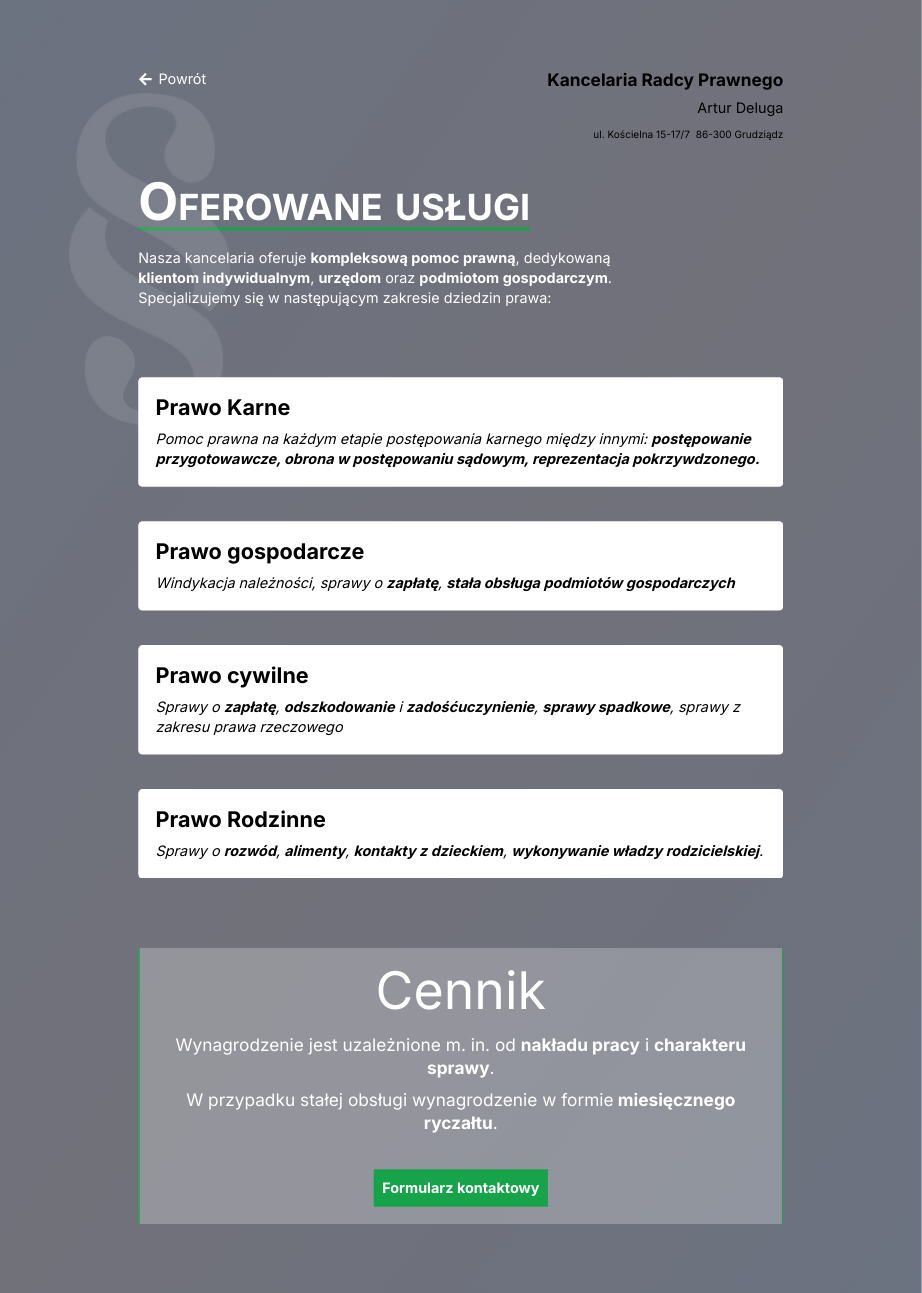
Repository: wesiudev/kancelaria-artur-deluga
Page: /oferta
The author's editor kept a copy of each file at every save. The page is drawn from the files as they stood at one save, then again after the next save.
The browser window is 1280 px wide. The pictures show the whole page, at 72% of full size.
The project was rebuilt for these pictures with package versions that can differ from the ones it lists, and the page was loaded fresh each time. The framework's server and built-in components were replaced by stand-ins that run in the browser. Also part of the build but not shown: next.config.js.

Above is the page before, as saved 2023-08-09 16:52:47.

After the next save:
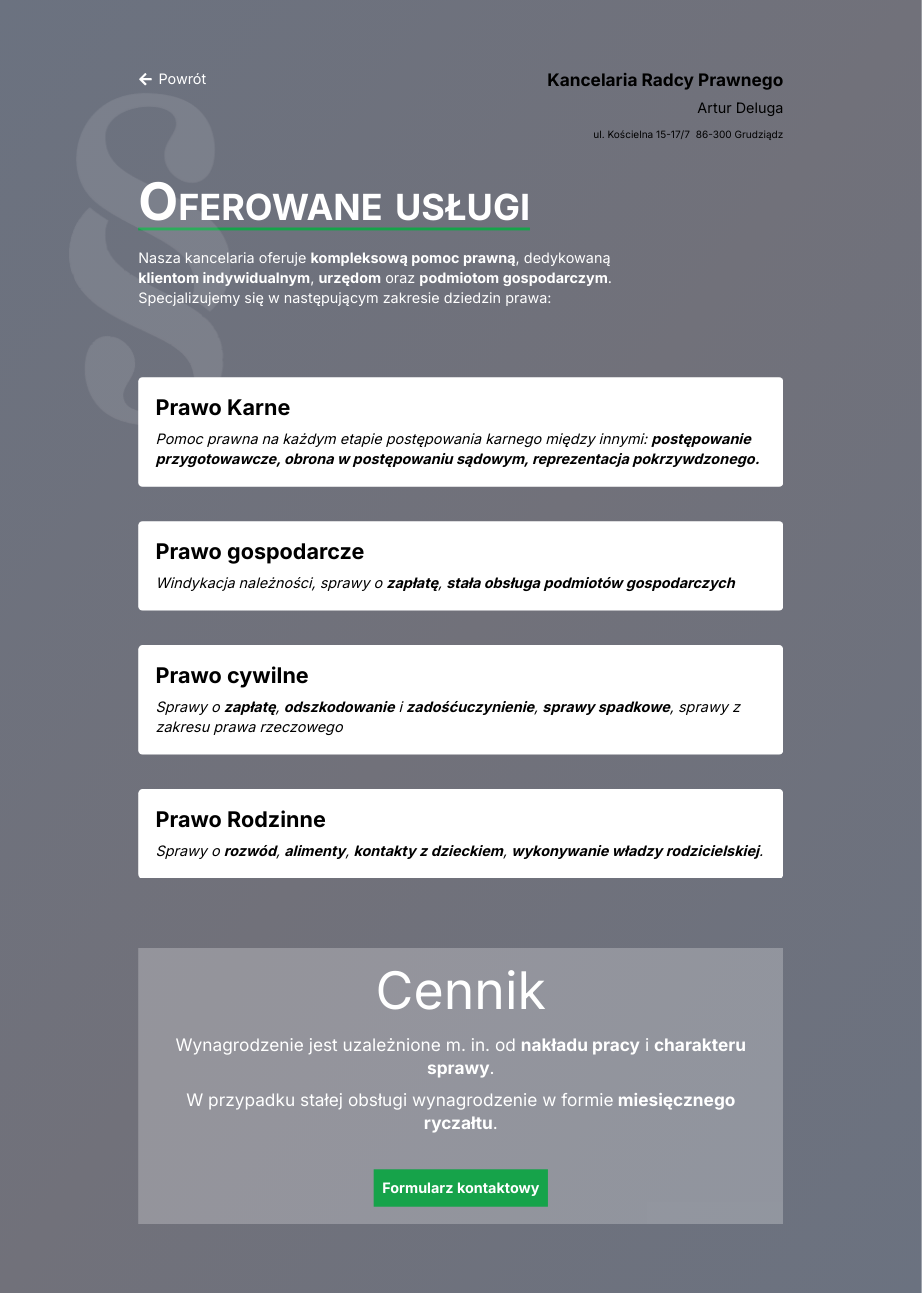
Saved 7 s later.
--- a/app/oferta/page.tsx
+++ b/app/oferta/page.tsx
@@ -137,7 +137,7 @@
               </p>
             </div>
           </div>
-          <div className="text-white flex flex-col h-max my-auto px-3 lg:px-12  text-center relative w-full mt-12  lg:mx-auto lg:mt-24 border-l-2 border-r-2 border-green-600 py-3 lg:py-6 bg-white bg-opacity-25">
+          <div className="text-white flex flex-col h-max my-auto px-3 lg:px-12  text-center relative w-full mt-12  lg:mx-auto lg:mt-24 border-l-3 border-r-3 border-green-600 py-3 lg:py-6 bg-white bg-opacity-25">
             <h1 className="text-5xl lg:text-7xl ">Cennik</h1>
             <p className="mt-6 text-base lg:text-2xl">
               Wynagrodzenie jest uzależnione m. in. od{" "}

After the save that followed:
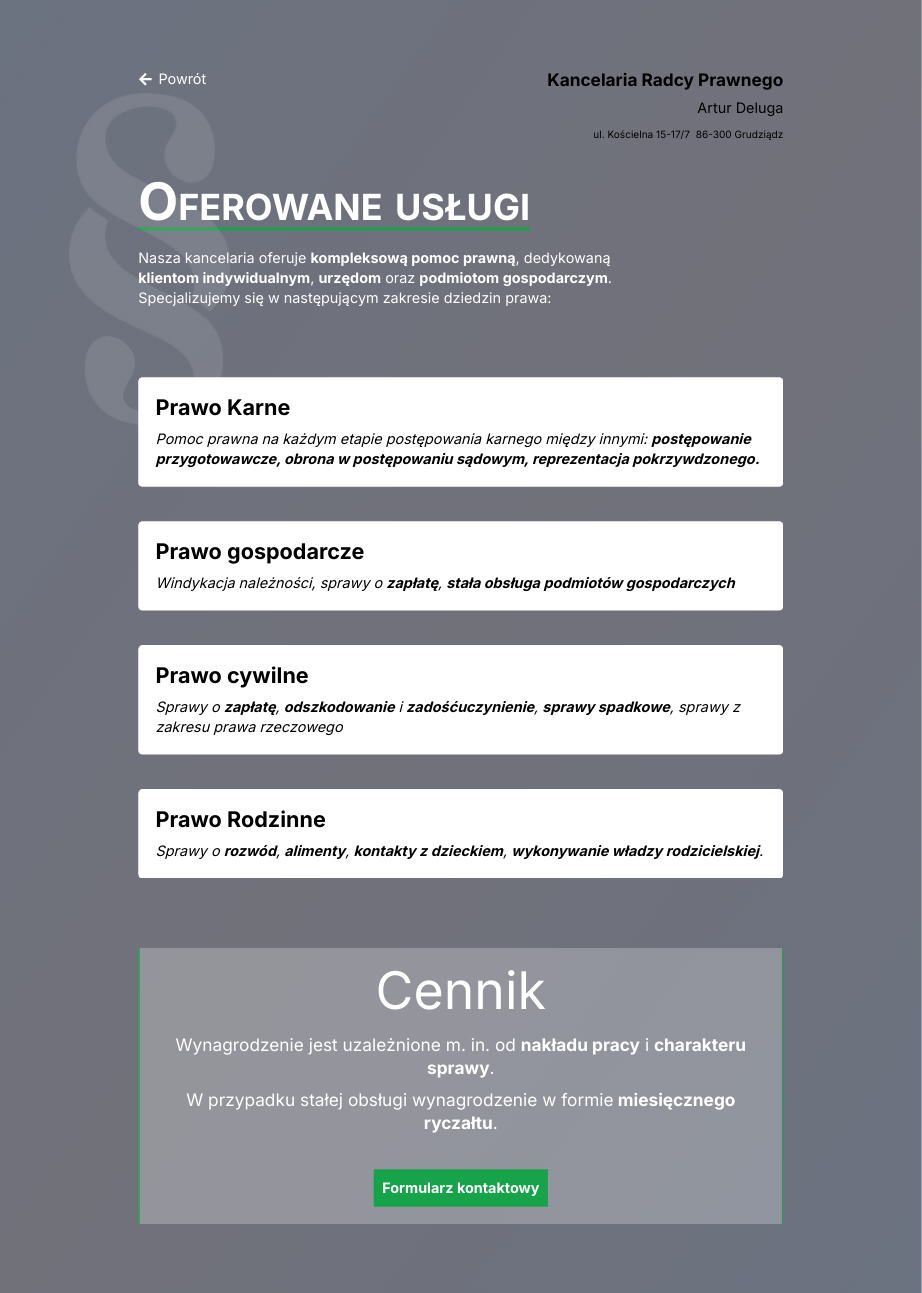
Saved 10 s later.
--- a/app/oferta/page.tsx
+++ b/app/oferta/page.tsx
@@ -137,7 +137,7 @@
               </p>
             </div>
           </div>
-          <div className="text-white flex flex-col h-max my-auto px-3 lg:px-12  text-center relative w-full mt-12  lg:mx-auto lg:mt-24 border-l-3 border-r-3 border-green-600 py-3 lg:py-6 bg-white bg-opacity-25">
+          <div className="text-white flex flex-col h-max my-auto px-3 lg:px-12  text-center relative w-full mt-12  lg:mx-auto lg:mt-24 border-l-2 border-r-2 border-green-600 py-3 lg:py-6 bg-white bg-opacity-25">
             <h1 className="text-5xl lg:text-7xl ">Cennik</h1>
             <p className="mt-6 text-base lg:text-2xl">
               Wynagrodzenie jest uzależnione m. in. od{" "}
